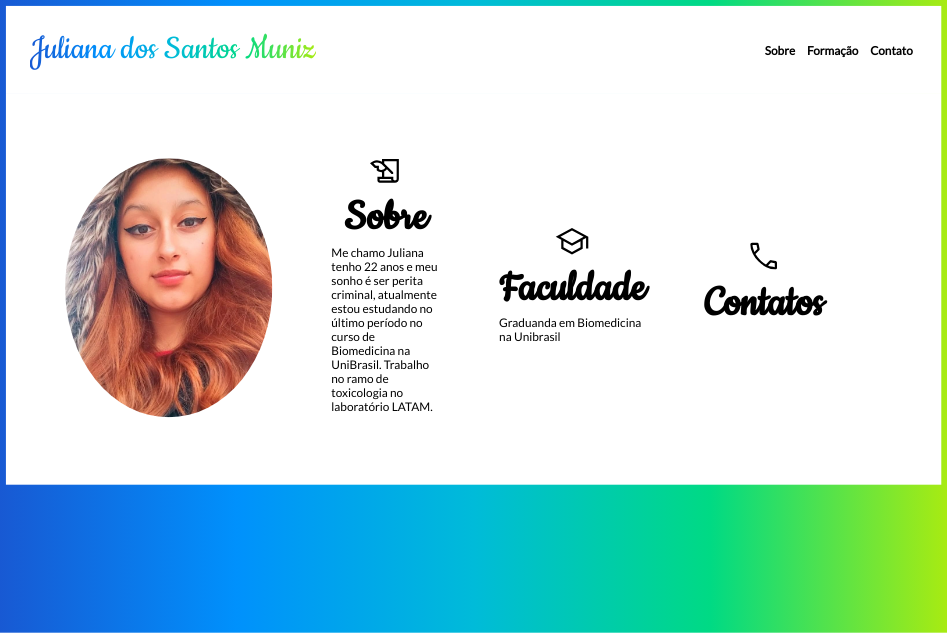
Repository: joaovnogueira/Portfolio-Juliana
Page: index.html
These files come from the project's save history. The page is drawn as it stood at one moment and after the next save; the edit follows.
The browser window is 1280 px wide. The pictures show the whole page, at 74% of full size.

Above is the page before, as saved 2022-06-14 16:33:35.

### index.html
<!DOCTYPE html>
<html lang="en">
<head>
    <link rel="stylesheet" href="styles.css">
    <meta charset="UTF-8">
    <meta http-equiv="X-UA-Compatible" content="IE=edge">
    <meta name="viewport" content="width=device-width, initial-scale=1.0">
    <title>Portfólio Juliana</title>
</head>
<body>
    <header>
        <nav>
            <div class="logo">Juliana dos Santos Muniz</div>
            <div class="menu">
                <a href="">Sobre</a>
                <a href="">Formação</a>
                <a href="">Contato</a>
            </div>
        </nav>
    </header>
    <main>
        <div class="perfil">
            <div class="foto">
                <img src="./assets/foto-perfil.png" alt="Foto de perfil" class="fotoperfil">
            </div>
            <div class="conteudo">
                <img src="./assets/sobre.svg" alt=""><h1>Sobre</h1>
                <p>Me chamo Juliana tenho 22 anos e meu sonho é ser perita criminal,
                atualmente estou estudando no último período no curso de Biomedicina na UniBrasil.
                Trabalho no ramo de toxicologia no laboratório LATAM.</p>
            </div>
            <div class="conteudo">
                <img src="./assets/faculdade.svg" alt=""><h1>Faculdade</h1>
                <p>Graduanda em Biomedicina na Unibrasil</p>
            </div>
            <div class="conteudo">
                <img src="./assets/contato.svg" alt=""><h1>Contatos</h1>
                <p></p>
            </div>
        </div>
    </main>
    <footer></footer>
</body>
</html>

### styles.css
@import url('https://fonts.googleapis.com/css2?family=Cookie&display=swap');
@import url('https://fonts.googleapis.com/css2?family=Lato&display=swap');

body{
    background-image: linear-gradient(to right, #1859d3, #0091fc, #00bbd9, #00da84, #a8eb12);
}

header {
    background-color: #FFFFFF;
    padding: 2rem;
    align-items: center;
}

nav{
    display: flex;
    justify-content: space-between;
    align-items: center;
}

.logo{
    font-family: 'Cookie', cursive;
    font-size: 50px;
    background-clip: text;
    -webkit-background-clip: text;
    background-image: linear-gradient(to right, #1859d3, #0091fc, #00bbd9, #00da84, #a8eb12);
    color: transparent;
}

.menu{
    font-family: 'Lato', sans-serif;
    font-weight: bold;
}

a{
    text-decoration: none;
    color: black;
    margin: .4rem;
}

hr{
    background-color: #FFFFFF;
}

main{
    height: 100vh;

}

.perfil {
    display: flex;
    padding: 5rem;
    align-items: center;
    background-color: #FFFFFF;

}

.foto{
    align-items: center;
    margin-right: 80px;

}

.conteudo{
    align-items: center;
    max-width: 350px;
    max-height: 100vh;
    text-align: center;
    margin-right: 80px;
}

h1{
    font-family: 'Cookie', cursive;
    font-weight: bold;
    font-size: 64px;
    vertical-align:middle;
    margin-bottom: 1px;
    margin-top: 1px;
}

p{
    margin-top: 1px;
    font-family: 'Lato', sans-serif;
    text-align: left;
}

.fotoperfil{
    border-radius: 50%;
    max-width:750px;
    max-height:350px;
    width: auto;
    height: auto;
}

.icon{
    max-width: 40px;
    max-height:40px;
}

After the next save:
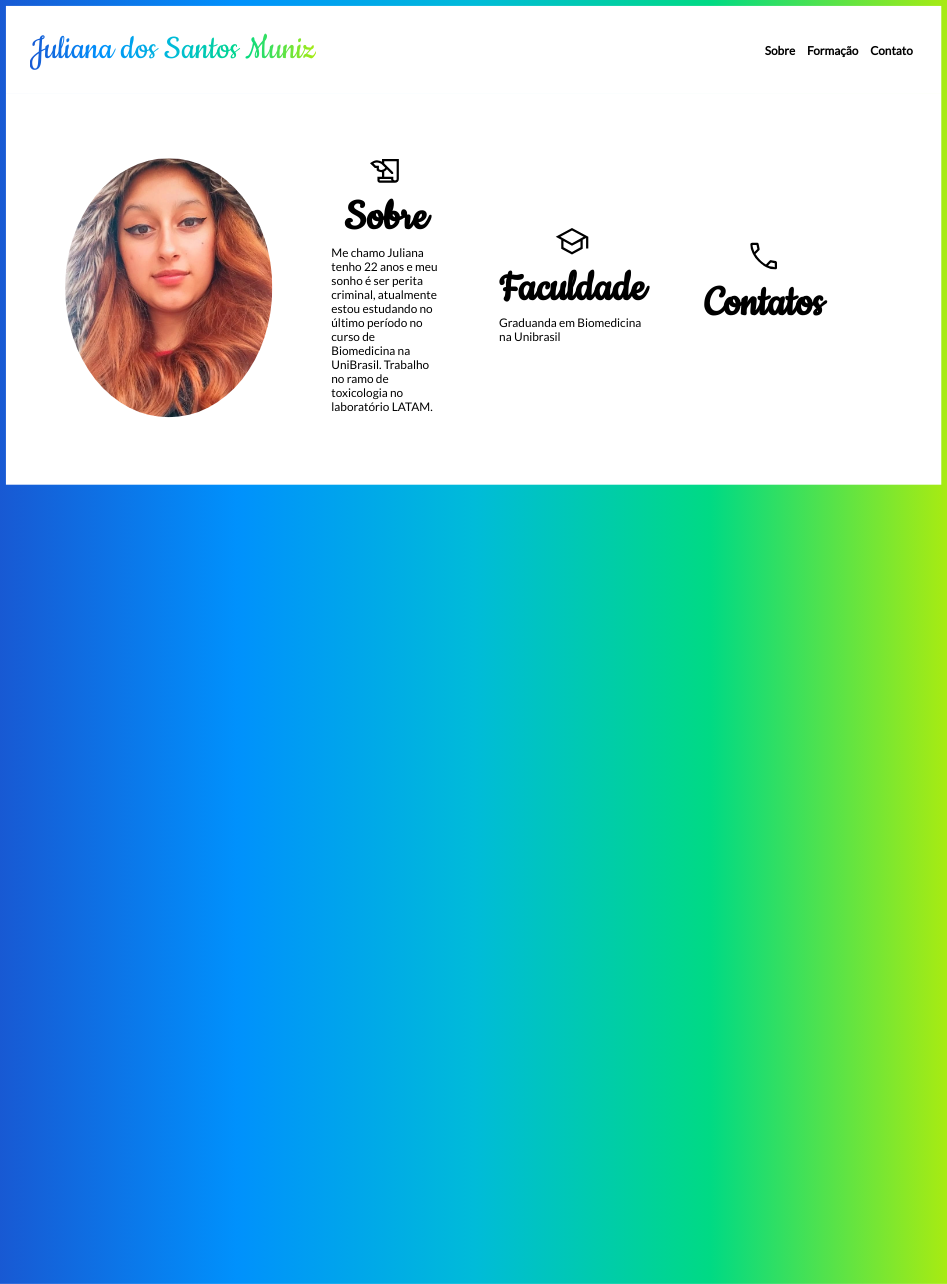
Saved 5 s later.
--- a/styles.css
+++ b/styles.css
@@ -42,7 +42,7 @@ hr{
 }
 
 main{
-    height: 100vh;
+    height: 100rem;
 
 }
 
